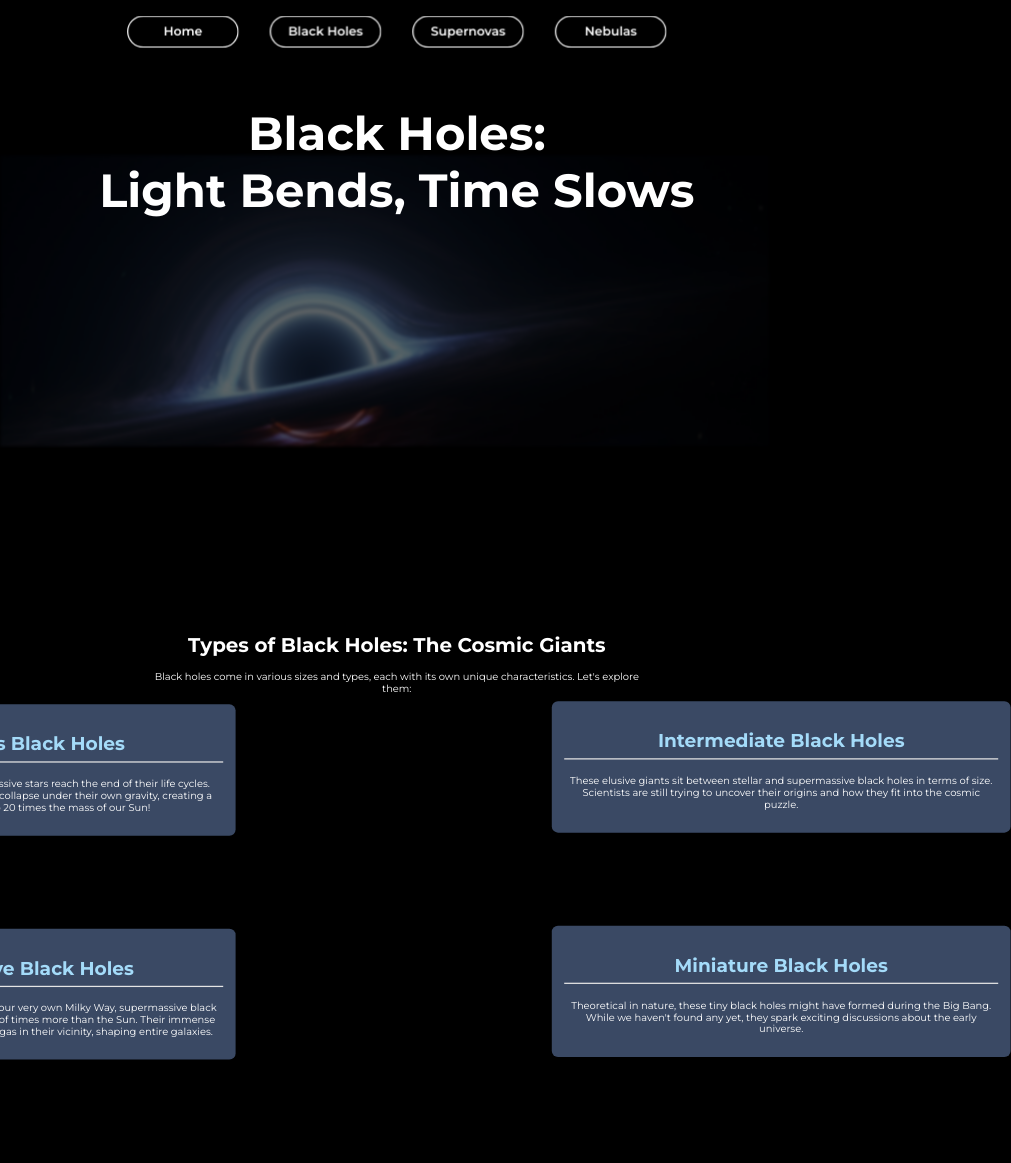
Repository: english-only/Space-Website
Page: black_hole.html
The author's editor kept a copy of each file at every save. The page is drawn from the files as they stood at one save, then again after the next save.
The browser window is 1280 px wide. The page is 1630 px wide, so the pictures cover 1630 px, including what lies to the right of the window. The pictures show the whole page, at 62% of full size.
Backgrounds fixed to the window are drawn as part of the page.

Above is the page before, as saved 2024-12-19 11:35:06.

### black_hole.html
<!DOCTYPE html>
<html lang="en">
  <head>
    <meta charset="utf-8" />
    <meta http-equiv="X-UA-Compatible" content="IE=edge" />
    <title>Welcome to Space</title>
    <meta name="viewport" content="width=device-width, initial-scale=1" />
    <link rel="stylesheet" type="text/css" media="screen" href="main.css" />
  </head>
  <body>
    <div class="background-2 fade-in"></div>
    <div class="wrapper fade-in">
      <nav class="navbar fade-in">
        <a href="index.html"
          ><button class="nav-button fade-in">Home</button></a
        >
        <a href="black_hole.html"
          ><button class="nav-button fade-in">Black Holes</button></a
        >
        <a href="supernovas.html"
          ><button class="nav-button fade-in">Supernovas</button></a
        >
        <a href="nebulas.html"
          ><button class="nav-button fade-in">Nebulas</button></a
        >
      </nav>
      <div class="page-2-hero fade-in">
        <h2>Black Holes:<br />Light Bends, Time Slows</h2>
      </div>
    </div>
    <div class="container">
      <div class="stupid-text">
        <h1>Types of Black Holes: The Cosmic Giants</h1>
        <p>
          Black holes come in various sizes and types, each with its own unique
          characteristics. Let's explore them:
        </p>
      </div>

      <div class="black-hole-container">
        <div class="black-hole-type">
          <h2 class="">Stellar-Mass Black Holes</h2>
          <div class="content">
            <p>
              These incredible objects form when massive stars reach the end of
              their life cycles. After exhausting their nuclear fuel, they
              collapse under their own gravity, creating a black hole that can
              be up to 20 times the mass of our Sun!
            </p>
          </div>
        </div>
        <div class="black-hole-type">
          <h2>Supermassive Black Holes</h2>
          <div class="content">
            <p>
              Found at the heart of galaxies, including our very own Milky Way,
              supermassive black holes can weigh millions or even billions of
              times more than the Sun. Their immense gravity influences the
              orbits of stars and gas in their vicinity, shaping entire
              galaxies.
            </p>
          </div>
        </div>
        <div class="black-hole-type u-idiot intermediate">
          <h2>Intermediate Black Holes</h2>
          <div class="content">
            <p>
              These elusive giants sit between stellar and supermassive black
              holes in terms of size. Scientists are still trying to uncover
              their origins and how they fit into the cosmic puzzle.
            </p>
          </div>
        </div>
        <div class="black-hole-type u-idiot miniature">
          <h2>Miniature Black Holes</h2>
          <div class="content">
            <p>
              Theoretical in nature, these tiny black holes might have formed
              during the Big Bang. While we haven't found any yet, they spark
              exciting discussions about the early universe.
            </p>
          </div>
        </div>
      </div>
    </div>
    <script>
      const background = document.querySelector('.background-2');
      let angle = 0;
      const radiusX = 800; // Horizontal radius
      const radiusY = 200; // Vertical radius
      let isAtTop = true;

      function moveBackground() {
        if (isAtTop) {
          // Calculate new position based on angle
          const x = Math.cos(angle) * radiusX; // X position based on cosine
          const y = Math.sin(angle) * radiusY; // Y position based on sine

          // Apply the new position (starting from right side)
          background.style.backgroundPosition = `calc(100% + ${x}px) ${
            50 + y
          }px`; // Center vertically

          // Increment angle for next frame
          angle += 0.005; // Adjust this value to change speed

          // Reset angle after a full circle (optional)
          if (angle >= 2 * Math.PI) {
            angle = 0;
          }
        }

        requestAnimationFrame(moveBackground);
      }

      // Check scroll position to stop movement
      window.addEventListener('scroll', () => {
        isAtTop = window.scrollY === 0;
      });

      // Start the animation
      moveBackground();
    </script>
  </body>
</html>

### main.css
@import url('https://fonts.googleapis.com/css2?family=Montserrat:ital,wght@0,100..900;1,100..900&display=swap');
@keyframes fadeIn {
  from {
    opacity: 0;
  }
  to {
    opacity: 1;
  }
}

/* Fade-in class to be used on elements */
.fade-in {
  opacity: 0; /* Start invisible */
  animation: fadeIn 1s ease-in forwards; /* Apply fade-in animation */
}
body,
html {
  /* Ensure the body and html take full height */
  height: 100%;
  margin: 0;
  font-family: 'Montserrat';
  font-weight: 400;
  color: white;
}

body {
  /* Set a fallback background color */
  background-color: black;
}

.background {
  background-attachment: fixed;
  background-image: url('essay-gettyimages-1237093074.webp');
  background-size: cover;
  background-position: center;
  background-repeat: no-repeat;
  position: fixed; /* Keep background fixed while scrolling */
  height: 100vh;
  width: 100%;
  filter: brightness(25%);
  top: 0;
  left: 0;
  z-index: -10;
}

.wrapper {
  display: flex;
  flex-direction: column;
  justify-content: flex-start; /* Align items to the top */
  align-items: center; /* Center items horizontally */
  height: 600px;
  position: relative;
  padding-top: 20px;
  opacity: 0; /* Start invisible */
  animation: fadeIn 0.5s ease-in forwards; /* Apply fade-in animation */
}

.navbar {
  display: flex;
  gap: 50px;
  margin-top: 5px; /* Adjust as needed for spacing from the top */
}

.nav-button {
  padding: 12px 20px;
  border: 2px solid white;
  background-color: rgba(0, 0, 0, 0.5);
  color: white;
  font-size: 16px;
  cursor: pointer;
  transition: background-color 0.3s, color 0.3s;
  font-family: 'Red Hat Display';
  font-weight: 600;
  font-size: 20px;
  width: 180px;
  border-radius: 800px;
  font-family: Montserrat;
}

.nav-button:hover {
  background-color: white;
  color: black;
}

.hero-text {
  color: white;
  font-size: 50px;
  font-weight: 700;
  text-align: center;
  padding: 0; /* Remove padding to minimize hover area */
  display: inline-block; /* Restrict hover area to text content */
  transition: text-shadow 0.3s ease-in-out, transform 0.3s ease-in-out; /* Smooth transition */
}

.hero-text:hover {
  text-shadow: 3px 4px 3px rgba(255, 255, 255, 0.7); /* White shadow */
  transform: translateY(-10px); /* Raised effect */
}

@keyframes fadeInOut {
  0% {
    opacity: 0.5;
  }
  50% {
    opacity: 1;
  }
  100% {
    opacity: 0.5;
  }
}

.card-wrapper {
  display: flex;
  flex-direction: column; /* Stack cards vertically */
  align-items: center; /* Center cards horizontally */
  margin-top: 50px; /* Adjusts space from the top */
}

.row {
  display: flex;
  gap: 650px; /* Space between the cards */
  justify-content: center; /* Center the row */
  align-items: flex-start; /* Align cards to the top */
}

.black_hole {
  margin-left: -100px; /* Move the Black Holes card to the left */
  width: 500px;
}

.black_hole a {
  margin-right: -260px;
}

.cards {
  font-size: 25px;
  color: white;
  box-sizing: border-box;
  position: relative;
  top: -150px; /* Moves the element upwards */
  text-align: center;
}

.cards a {
  color: white;
  text-decoration: none;
  border: white 2px solid;
  display: inline-block;
  text-align: center;
  box-sizing: border-box;
  padding: 6px 20px;
  line-height: normal;
  transition: text-shadow 0.3s ease-in-out, transform 0.3s ease-in-out,
    background-color 0.3s ease-in-out, color 0.3s ease-in-out;
  border-radius: 600px;
}

.cards a:hover {
  text-shadow: 2px 2px 5px rgba(255, 255, 255, 0.7);
  transform: translateY(-5px);
  background-color: rgb(223, 223, 223);
  color: black;
}

.cards a h3 {
  margin: 0;
  padding: 0;
}

.cards p {
  margin-top: 15px;
  width: 800px; /* Adjust width to fit within card */
}

.cards p:hover {
  text-shadow: 2px 2px 5px rgba(255, 255, 255, 0.6);
  transform: translateY(-5px);
  transition: text-shadow 0.3s ease-in-out, transform 0.3s ease-in-out;
}

.nebula-card {
  margin-top: 100px;
}

.nebula-card a {
  justify-content: center;
  align-items: center;
  margin-left: 40px;
}

.nebula-card p {
  text-align: left;
  text-wrap: pretty;
  text-align: left; /* Align text to the left */
  width: 100%; /* Ensure the card takes the full width */
  margin-left: 100px;
  margin-right: 200px;
  max-width: 1750px;
  text-align: center; /* Align text to the center */
}

.videos {
  margin-top: 50px; /* Adjust the space below the Nebula card */
  text-align: center;
  width: 100%; /* Ensure it takes the full width */
  text-decoration: underline;
}

.videos h2 {
  position: relative; /* Ensure the text is positioned in normal flow */
  z-index: 1; /* Make sure it's above other content */
  pointer-events: auto; /* Allow text selection */
  overflow: visible; /* Ensure text is not clipped */
}

.video-links {
  display: grid;
  grid-template-columns: repeat(3, 400px); /* 3 columns, each 400px wide */
  grid-template-rows: repeat(2, 400px); /* 3 rows, each 400px tall */
  gap: 100px; /* Space between grid items */
  justify-content: center; /* Center the grid horizontally within the container */
  align-items: center; /* Center the grid items vertically */
  margin-top: -120px; /* Space above the grid (adjust this to decrease the gap) */
  margin-left: 160px;
  font-weight: 600;
}

.button-container {
  display: contents; /* Ensure buttons are placed directly in the grid */
}

.button-container a {
  display: block; /* Ensure buttons occupy full width of their grid cell */
  width: 215px; /* Full width of the grid cell */
  text-align: center;
  color: white;
  font-size: 20px;
  text-decoration: none; /* Remove underline */
  border: 2px solid white;
  padding: 8px 12px;
  border-radius: 600px;
  height: 30px;
  transition: background-color 0.3s, color 0.3s;
  margin-bottom: 10px; /* Decrease the space between the buttons and the text below */
  padding-top: 13px;
}

.button-container a:hover {
  background-color: white;
  color: black;
  font-weight: 700;
}

.images {
  display: contents; /* Ensure images are placed directly in the grid */
}

.black-hole-image,
.supernova-image,
.nebula-image {
  width: 100%; /* Full width of the grid cell */
  border: 2px solid white;
  border-radius: 20px;
  margin-top: -630px; /* Decrease the space between the images and the buttons above */
  margin-left: -10px;
}

.black-hole-image {
  width: 100%; /* Full width of the grid cell */
  border: 2px solid white;
  border-radius: 20px;
  margin-top: -630px; /* Decrease the space between the images and the buttons above */
  margin-left: -95px;
}

.supernova-image {
  width: 100%; /* Full width of the grid cell */
  border: 2px solid white;
  border-radius: 20px;
  margin-top: -630px; /* Decrease the space between the images and the buttons above */
  margin-left: -95px;
}

.nebula-image {
  height: 270px;
  width: auto;
  border: 2px solid white;
  border-radius: 20px;
  margin-top: -630px; /* Decrease the space between the images and the buttons above */
  margin-left: -125px;
}

/* page 2 from below */
.background-2 {
  background-attachment: fixed;
  background-image: url('thumb-1920-1346075.png');
  background-size: cover;
  background-position: 300px;
  background-repeat: no-repeat;
  position: fixed; /* Keep background fixed while scrolling */
  height: 100vh;
  width: 100%;
  filter: brightness(40%);
  z-index: -1; /* Place the background behind other content */
  filter: blur(3px) brightness(40%);
}

.page-2-hero {
  color: white;
  font-size: 50px;
  font-weight: 700;
  text-align: center;
  padding: 0; /* Remove padding to minimize hover area */
  display: inline-block; /* Restrict hover area to text content */
  transition: text-shadow 0.3s ease-in-out, transform 0.3s ease-in-out; /* Smooth transition */
}

.page-2-hero h2 {
  padding-top: 30px;
}

.page-2-hero:hover {
  text-shadow: 3px 4px 3px rgba(255, 255, 255, 0.7); /* White shadow */
  transform: translateY(-10px); /* Raised effect */
}

.container {
  max-width: 800px;
  margin: 0 auto;
  padding: 20px 0 20px 0;
  padding-bottom: 20px;
  text-align: center;
  margin-top: 360px;
}

.stupid-text {
  color: white;
}

.stupid-text:hover {
  cursor: pointer;
}

h1 {
  text-align: center;
  color: #ffffff;
}

.black-hole-type {
  background-color: #89aae96d;
  border-radius: 10px;
  padding: 20px;
  margin-bottom: 30px;
  box-shadow: 0 4px 6px rgba(0, 0, 0, 0.1);
  transition: transform 0.3s ease;
  max-width: 700px;
  margin-bottom: 150px;
}

.black-hole-type:hover {
  transform: scale(1.02);
}

.content {
  align-items: baseline;
  gap: 20px;
}

.black-hole-type h2 {
  color: #a4dbf9;
  border-bottom: 2px solid #e5e5e5;
  padding-bottom: 10px;
  font-size: 30px;
}

.u-idiot {
  margin-left: 1250px;
  min-width: 700px;
}

.intermediate {
  margin-top: -728px;
}

.black-hole-container {
  margin-left: -600px;
}

@keyframes fadeIn {
  from {
    opacity: 0;
  }
  to {
    opacity: 1;
  }
}

.black-hole-type {
  animation: fadeIn 1s ease-in;
}

@media (max-width: 600px) {
  .content {
    flex-direction: column;
  }
}

@keyframes fadeIn {
  from {
    opacity: 0;
  }
  to {
    opacity: 1;
  }
}

After the next save:
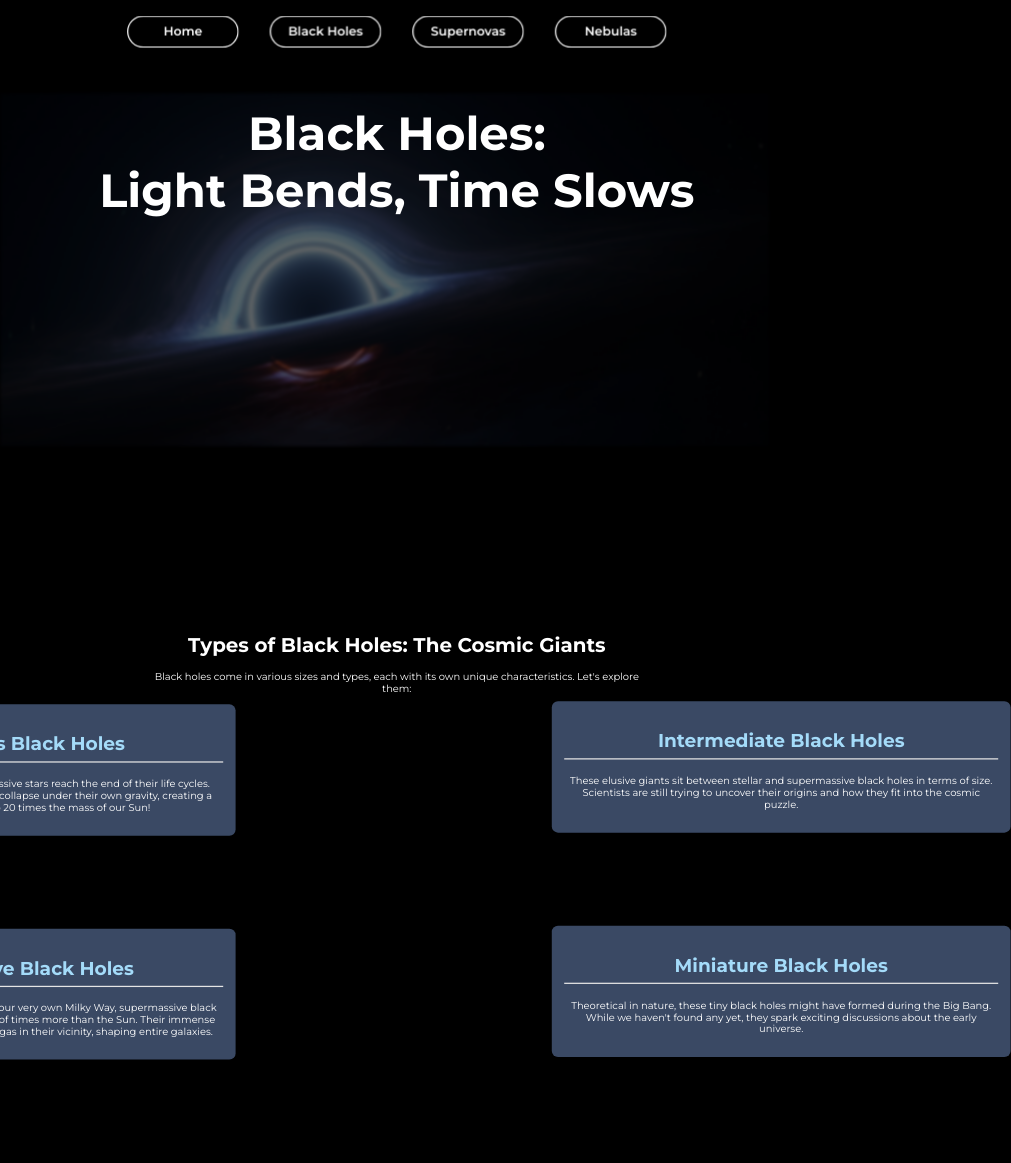
Saved 25 s later.
--- a/black_hole.html
+++ b/black_hole.html
@@ -87,7 +87,7 @@
       const background = document.querySelector('.background-2');
       let angle = 0;
       const radiusX = 800; // Horizontal radius
-      const radiusY = 200; // Vertical radius
+      const radiusY = 100; // Vertical radius
       let isAtTop = true;
 
       function moveBackground() {
